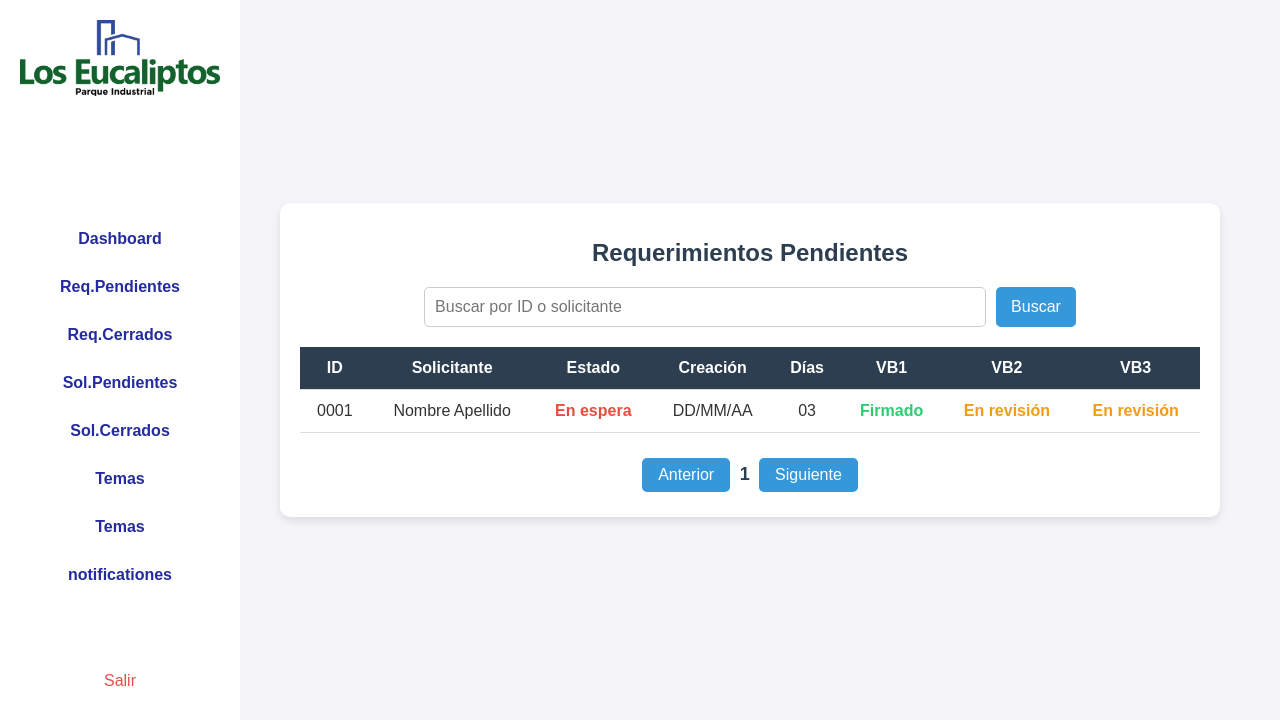
Repository: Los-Eucaliptos-WebApp/Los-Eucaliptos-FrontEnd
Page: pages/los-eucaliptos-request-pending/index.html
An editor plug-in stored every save of this project. The page is shown before and after the next save, followed by the edit.
The browser window is 1280 px wide. The pictures show the whole page.

Above is the page before, as saved 2025-02-17 07:51:36.

### pages/los-eucaliptos-request-pending/index.html
<!DOCTYPE html>
<html lang="es">
<head>
    <meta charset="UTF-8">
    <meta name="viewport" content="width=device-width, initial-scale=1.0">
    <title>Los Eucaliptos</title>
    <link rel="icon" href="/assets/ícono-los-eucaliptos.png" type="image/png">
    <link rel="stylesheet" href="styles.css">
    <script src="script.js"></script>
</head>
<body>
    <div class="sidebar">
        <div class="logo">
            <img src="/assets/logo-los-eucaliptos.png" alt="Logo">
        </div>
        <div class="menu">
        <br><br><br><br><br>
            <button>Dashboard</button>
            <button>Req.Pendientes</button>
            <button>Req.Cerrados</button>
            <button>Sol.Pendientes</button>
            <button>Sol.Cerrados</button>
            <button>Temas</button>
            <button>Temas</button>
            <button>notificationes</button>

        </div>
        <div class="logout">
            <button id="logout">Salir</button>
        </div>
    </div>

    <div class="container">
        <h1>Requerimientos Pendientes</h1>
        <div class="search-box">
            <input type="text" id="searchInput" placeholder="Buscar por ID o solicitante">
            <button id="searchButton">Buscar</button>
        </div>
        <table>
            <thead>
                <tr>
                    <th>ID</th>
                    <th>Solicitante</th>
                    <th>Estado</th>
                    <th>Creación</th>
                    <th>Días</th>
                    <th>VB1</th>
                    <th>VB2</th>
                    <th>VB3</th>
                </tr>
            </thead>
            <tbody>
                <tr>
                    <td>0001</td>
                    <td>Nombre Apellido</td>
                    <td class="status pending">En espera</td>
                    <td>DD/MM/AA</td>
                    <td>03</td>
                    <td class="approved">Firmado</td>
                    <td class="review">En revisión</td>
                    <td class="review">En revisión</td>
                </tr>
            </tbody>
        </table>
        <div class="pagination">
            <button id="prevPage">Anterior</button>
            <span id="currentPage">1</span>
            <button id="nextPage">Siguiente</button>
        </div>
    </div>
    <script src="script.js"></script>
</body>
</html>

### pages/los-eucaliptos-request-pending/styles.css
body {|
    font-family: Arial, sans-serif;
    background-color: #f4f4f9;
    color: #333;
    margin: 0;
    padding: 0;
    display: flex;
    justify-content: center;
    align-items: center;
    height: 100vh;
}

.status.pending {
    color: #e74c3c;
    font-weight: bold;
}

.approved {
    color: #2ecc71;
    font-weight: bold;
}

.review {
    color: #f39c12;
    font-weight: bold;
}


.container {
    background: #fff;
    padding: 20px;
    border-radius: 10px;
    box-shadow: 0 4px 8px rgba(0, 0, 0, 0.1);
    width: 80%;
    max-width: 900px;
    text-align: center;
}


h1 {
    font-size: 24px;
    margin-bottom: 20px;
    color: #2c3e50;
}


.search-box {
    display: flex;
    justify-content: center;
    margin-bottom: 20px;
}

.search-box input {
    width: 60%;
    padding: 10px;
    border: 1px solid #ccc;
    border-radius: 5px;
    font-size: 16px;
}

.search-box button {
    padding: 10px 15px;
    margin-left: 10px;
    border: none;
    background-color: #3498db;
    color: white;
    border-radius: 5px;
    cursor: pointer;
    font-size: 16px;
}

.search-box button:hover {
    background-color: #2980b9;
}

table {
    width: 100%;
    border-collapse: collapse;
    margin-top: 10px;
}

thead {
    background-color: #3498db;
    color: white;
}

th, td {
    padding: 12px;
    text-align: center;
    border-bottom: 1px solid #ddd;
}

tr:nth-child(even) {
    background-color: #f2f2f2;
}

th {
    background-color: #2c3e50;
    color: white;
}


.pagination {
    margin-top: 20px;
}

.pagination button {
    background-color: #3498db;
    border: none;
    color: white;
    padding: 8px 16px;
    margin: 5px;
    border-radius: 5px;
    cursor: pointer;
    font-size: 16px;
}

.pagination button:hover {
    background-color: #2980b9;
}

.pagination span {
    font-size: 18px;
    font-weight: bold;
    color: #2c3e50;
}
body {
    display: flex;
    margin: 0;
    font-family: Arial, sans-serif;
    background-color: #f4f4f9;
}


.sidebar {
    width: 200px;
    background-color: #ffffff;
    display: flex;
    flex-direction: column;
    align-items: center;
    padding: 20px;
    height: 100vh;
    position: fixed;
    left: 0;
    top: 0;
}

.logo img {
    width: 200px;
    margin-bottom: 20px;
}

.menu {
    flex-grow: 1;
    display: flex;
    flex-direction: column;
    gap: 10px;
}

.menu button {
    background-color: #ffffff;
    border: none;
    padding: 10px;
    color: rgb(35, 43, 159);
    border-radius: 5px;
    cursor: pointer;
    width: 100%;
    font-weight: bold;
    font-size: medium;
    align-items: left;
}

.menu button:hover {
    background-color: #20c16b;
}


.logout {
    margin-top: auto;
}

.logout button {
    background-color: #ffffff;
    border: none;
    padding: 50px;
    color: rgb(235, 75, 75);
    border-radius: 5px;
    cursor: pointer;
    width: 100%;
    font-size:medium;
}

.logout button:hover {
    background-color: #f7f7f7;
}


.container {
    margin-left: 220px;
    padding: 20px;
    width: calc(100% - 220px);
}

Loaded but not shown: pages/los-eucaliptos-request-pending/script.js (no stored copy; drawn as an empty file)

After the next save:
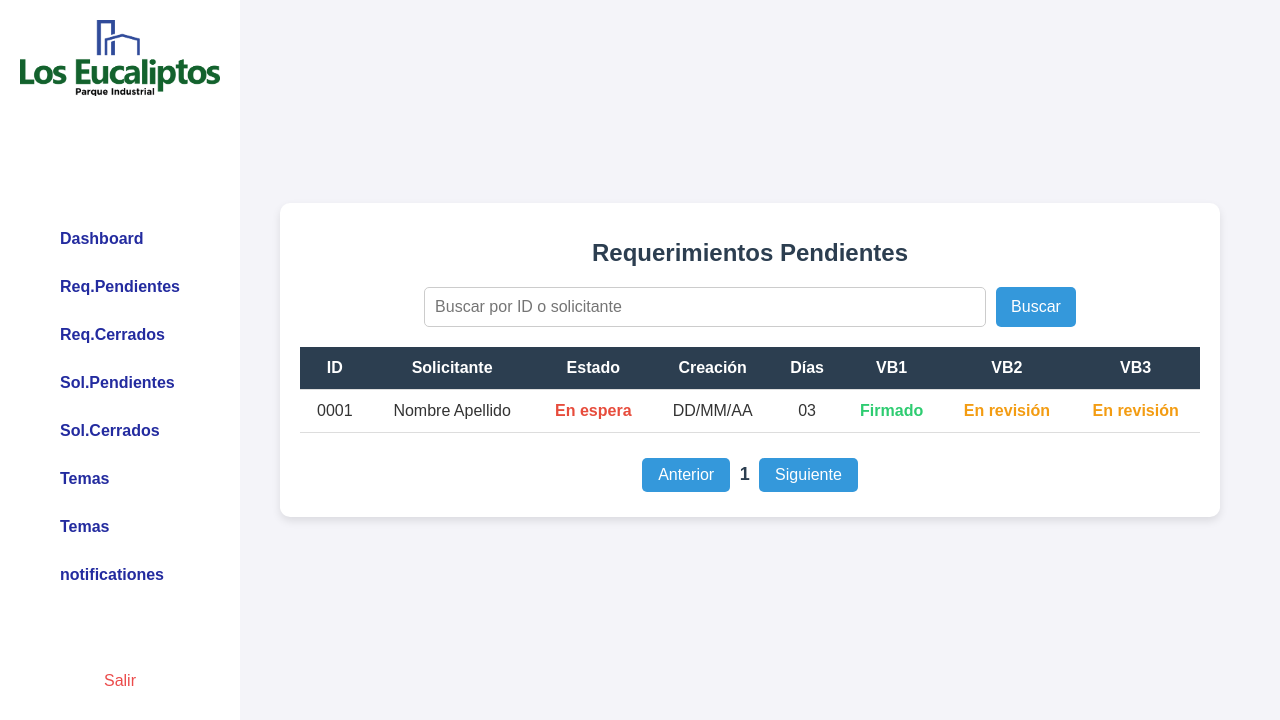
Saved 6 min 59 s later.
--- a/pages/los-eucaliptos-request-pending/styles.css
+++ b/pages/los-eucaliptos-request-pending/styles.css
@@ -167,7 +167,9 @@ body {
     width: 100%;
     font-weight: bold;
     font-size: medium;
-    align-items: left;
+        text-align: left;
+
+
 }
 
 .menu button:hover {
